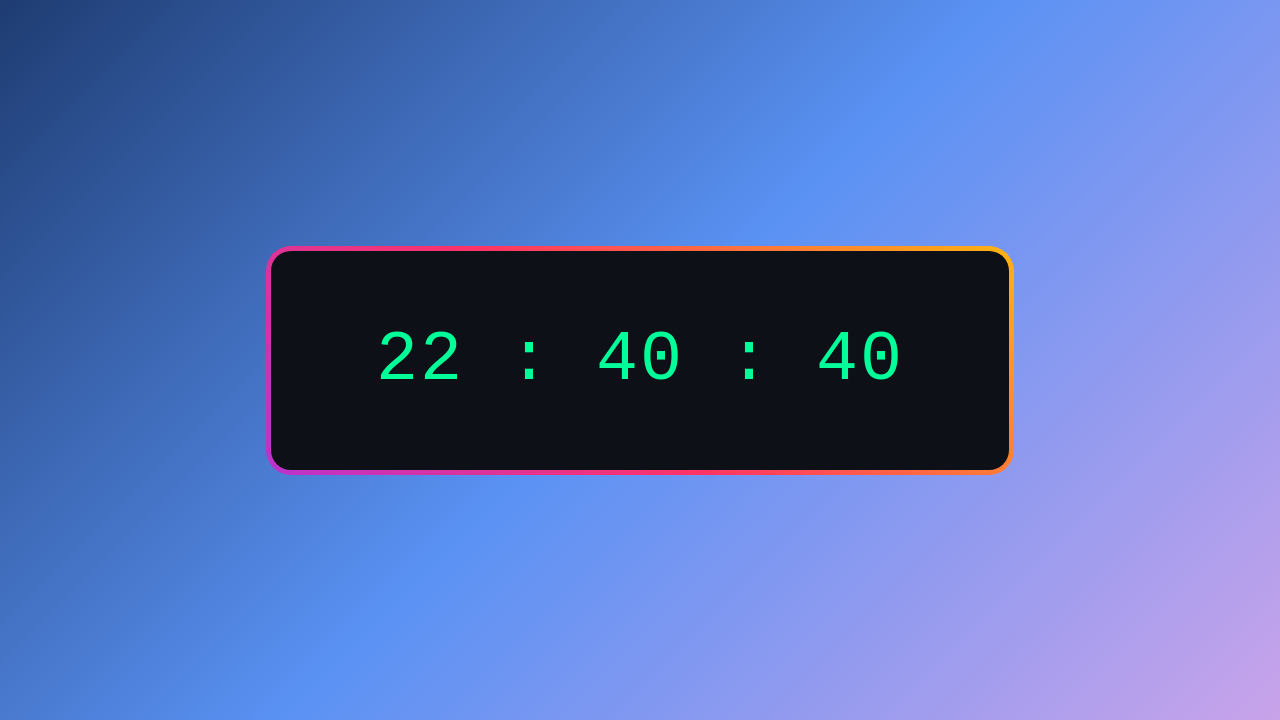
Repository: trunghau06/baiTapJs
Page: clock.html
The author's editor kept a copy of each file at every save. The page is drawn from the files as they stood at one save, then again after a run of saves.
The browser window is 1280 px wide. The pictures show the whole page.

Above is the page before, as saved 2025-10-21 22:40:35.

After the next 3 saves:
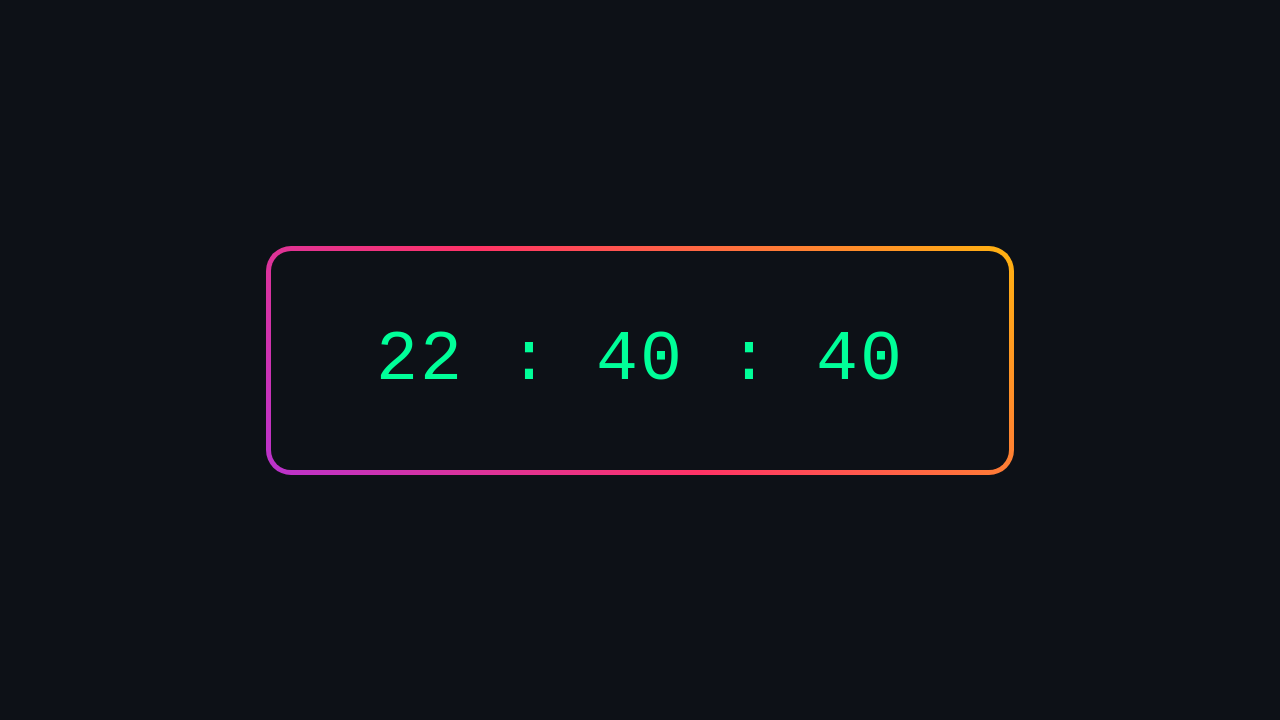
The 3 saves are shown as one change because they came seconds apart.
The last was saved 11 s later.
--- a/clock.css
+++ b/clock.css
@@ -1,19 +1,14 @@
-* {
-  margin: 0;
-  padding: 0;
-  box-sizing: border-box;
-}
-
 body {
-  font-family: monospace;
-  background: linear-gradient(135deg, #1e3c72 0%, #5a92f4 50%, #c9a3ea 100%);
-  display: flex;
-  flex-direction: column;
-  align-items: center;
-  justify-content: center;
-  padding: 20px;
-  overflow: hidden;
-  height: 100vh;
+    margin: 0;
+    height: 100vh;
+    display: flex;
+    justify-content: center;
+    align-items: center;
+    background: #0d1117;
+    color: #00ff99;
+    font-family: monospace;
+    overflow: hidden;
+    position: relative;
 }
 
 .border-wrapper {
